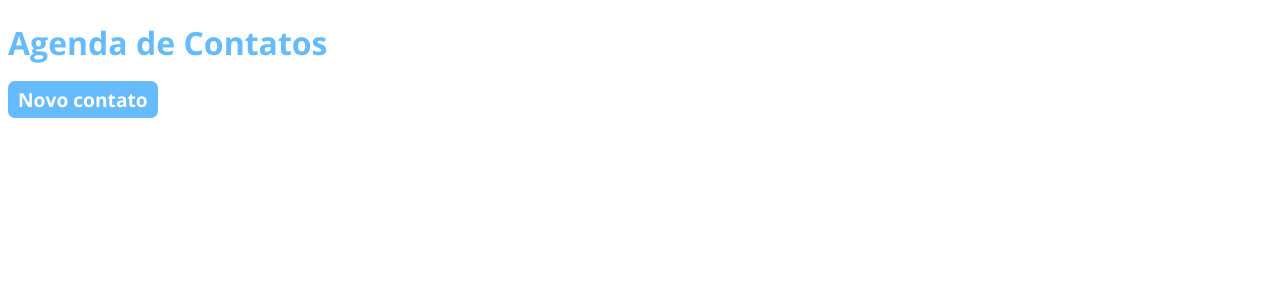
Repository: ricardoalves21/JavaWeb
Page: http://localhost/agenda/main
These files come from the project's save history. The page is drawn as it stood at one moment and after the next save; the edit follows.
The browser window is 1280 px wide. The pictures show the whole page.
The page is served by Tomcat 9. Other server files are loaded and not shown. Queries for data that is not in the repository find no rows.

Above is the page before, as saved 2021-06-17 00:17:45.

### projeto_agenda/agenda/WebContent/agenda.jsp
<%@page language="java" contentType="text/html; charset=utf-8" pageEncoding="utf-8"%>
<%@page import="model.JavaBeans" %>
<%@page import="java.util.ArrayList" %>

<%
	ArrayList<JavaBeans> lista = (ArrayList<JavaBeans>) request.getAttribute("contatos");
%>

<!DOCTYPE html>
<html lang="pt-br">
<head>
<meta charset="utf-8">
<title>Agenda de contatos</title>
<link rel="icon" href="imagens/icone-agenda.png">
<link rel="stylesheet" href="style.css">
</head>
<body>
	<h1>Agenda de Contatos</h1>
	<a href="novo.html" class="Botao1">Novo contato</a>
</body>
</html>

### projeto_agenda/agenda/src/controller/Controller.java
package controller;

import java.io.IOException;
import java.util.ArrayList;

import javax.servlet.RequestDispatcher;
import javax.servlet.ServletException;
import javax.servlet.annotation.WebServlet;
import javax.servlet.http.HttpServlet;
import javax.servlet.http.HttpServletRequest;
import javax.servlet.http.HttpServletResponse;

import model.DAO;
import model.JavaBeans;

/* É aqui que incluímos as requisições que o servidor irá fazer através do comando 'urlPatterns',
 * incluí também o sinal de igual as chaves e '/main/'
 */

@WebServlet(urlPatterns = { "/Controller", "/main", "/insert" })
public class Controller extends HttpServlet {
	private static final long serialVersionUID = 1L;
	DAO dao = new DAO();
	JavaBeans contato = new JavaBeans();

	public Controller() {
		super();

	}

	protected void doGet(HttpServletRequest request, HttpServletResponse response)
			throws ServletException, IOException {
		String action = request.getServletPath();
		System.out.println(action);
		if (action.equals("/main")) {
			contatos(request, response);
		} else if (action.equals("/insert")) {
			novoContato(request, response);
		} else {
			response.sendRedirect("index.html");
		}
	}

// LISTAR CONTATOS
	protected void contatos(HttpServletRequest request, HttpServletResponse response)
			throws ServletException, IOException {

		// Criando um objeto que irá receber os dados JavaBeans
		ArrayList<JavaBeans> lista = dao.listarContatos();

		// Encaminhar a lista ao documento agenda.jsp
		request.setAttribute("contatos", lista);
		RequestDispatcher rd = request.getRequestDispatcher("agenda.jsp");
		rd.forward(request, response);

	}

// NOVO CONTATO
	protected void novoContato(HttpServletRequest request, HttpServletResponse response)
			throws ServletException, IOException {

		// setar as variáveis JavaBeans
		contato.setNome(request.getParameter("nome")); //o objeto 'contato' está recebendo o dado vindo do formulário e armazenando no atributo 'nome' através do método set
		contato.setFone(request.getParameter("fone"));
		contato.setEmail(request.getParameter("email"));

		// invocar o método inserirContato passando o objeto contato
		dao.inserirContato(contato);

		// redirecionar para o documento agenda.jsp
		response.sendRedirect("main");

	}

}

### projeto_agenda/agenda/WebContent/style.css
@charset "utf-8";
@import url('https://fonts.googleapis.com/css2?family=Open+Sans:wght@400;700&display=swap');

body {
	font-family: 'Open Sans', sans-serif;
	font-size: 1em;
	font-weight: 400;
}

h1 {
	color: #66bbff;
}

.Botao1 {
	text-decoration: none;
	background-color: #66bbff;
	padding: 5px 10px 5px 10px;
	border-radius: 7px;
	color: #fff;
	font-size: 1.2em;
	font-weight: 700;
	border: 0;
	cursor: pointer;
}

.Caixa1 {
	width: 320px;
	padding: 5px;
	margin-bottom: 10px;
	border: 1px solid #66bbff;
	border-radius: 5px;
}

.Caixa2 {
	padding: 5px;
	margin-bottom: 10px;
	border: 1px solid #66bbff;
	border-radius: 5px;
}

After the next save:
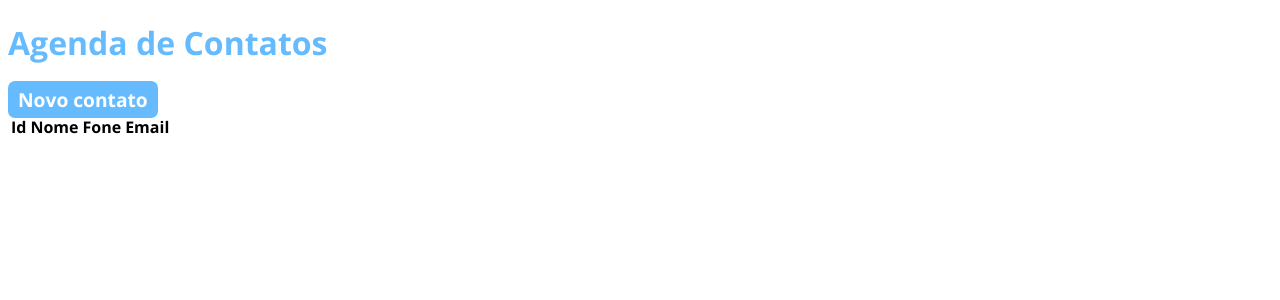
Saved 112 s later.
--- a/projeto_agenda/agenda/WebContent/agenda.jsp
+++ b/projeto_agenda/agenda/WebContent/agenda.jsp
@@ -17,5 +17,17 @@
 <body>
 	<h1>Agenda de Contatos</h1>
 	<a href="novo.html" class="Botao1">Novo contato</a>
+	<table>
+		<thead>
+			<tr>
+				<th>Id</th>
+				<th>Nome</th>
+				<th>Fone</th>
+				<th>Email</th>
+			</tr>
+		</thead>
+		<tbody>
+		</tbody>
+	</table>
 </body>
 </html>
